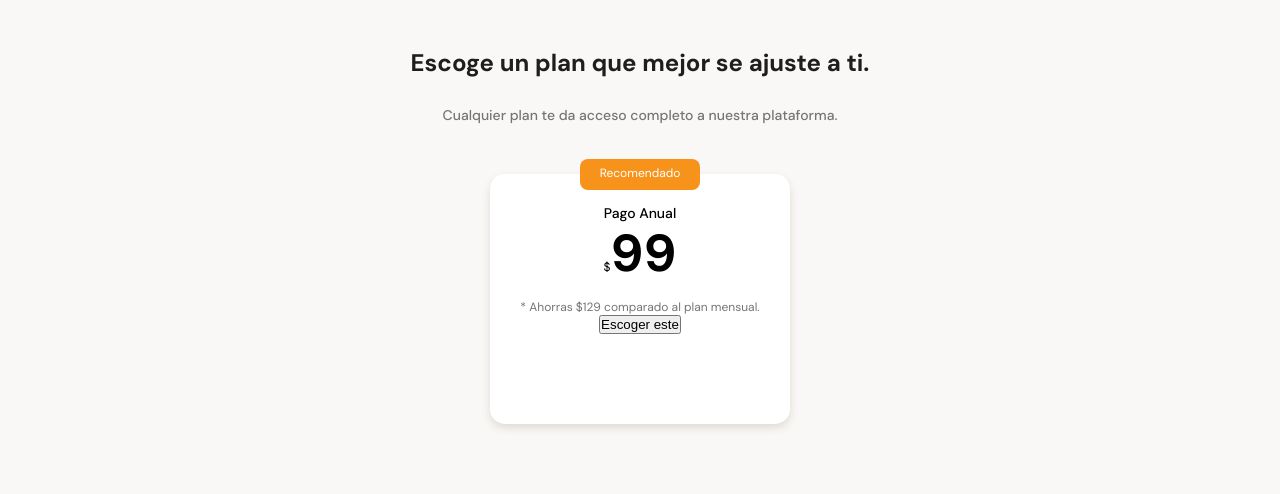
Repository: EnzoSz/Mobile-First
Page: index.html
The author's editor kept a copy of each file at every save. The page is drawn from the files as they stood at one save, then again after the next save.
The browser window is 1280 px wide. The pictures show the part of the page from y = 2782 to 3276 px (the page is 3276 px tall).

Above is the page before, as saved 2021-02-04 23:32:59.

### index.html
<!DOCTYPE html>
<html lang="en">
<head>
    <meta charset="UTF-8">
    <meta name="viewport" content="width=device-width, initial-scale=1.0">
    <title>Document</title>
    <link rel="preconnect" href="https://fonts.gstatic.com">
    <link href="https://fonts.googleapis.com/css2?family=DM+Sans:wght@400;500;700&family=Inter:wght@300;500&display=swap" rel="stylesheet">
    <link rel="stylesheet" href="./estilos.css">
</head>
<body>
    <header>
        <img src="./assets/img/logo.svg" alt="">
        <div class="header--title-container">
            <h1>La próxima revolución en el intercambio de criptomonedas.</h1>
            <p>Batabit te ayuda a navegar entre los diferentes precios y tendencias.</p>
            <a href="#plans" class="header--button">Conoce Nuestros Planes <span></span></a>
        </div>
    </header>
    <main>
        <section class="main-exchange-container">
            <div class="backgroundImg"></div>
            <div class="main.exchange-container--title">
                <h2>Visibilizamos todas las tasas de cambio.</h2>
                <p>
                    Traemos informacion en  tiempo real de las casas de cambio y las monedas más importante del mundo.

                </p>
            </div>
            <section class="main-tables-container">
                <div class="main-currency-table">
                    <p class="currency-table--title">Monedas</p>
                    <div class="currency-table--container">
                        <table>
                            <tr>
                                <td class="table__top-left">Bitcoin</td>
                                <td class="table__top-right table__right">$1.96 <span class="down"></span></td>
                            </tr>
                            <tr>
                                <td>Ethereum</td>
                                <td class="table__right">$0.07 <span class="up"></span></td>
                            </tr>
                            <tr>
                                <td>Ripple</td>
                                <td class="table__right">$2.15 <span class="down"></span></td>
                            </tr>
                            <tr>
                                <td class="table__bottom-left">Stellar</td>
                                <td class="table__bottom-right table__right">$4.96 <span class="down"></span></td>
                            </tr>
                        </table>
                    </div>
                    <div class="currency-table-date">
                        <p>
                            <b>Actualizado:</b> 19 de Julio 23:45
                        </p>
                    </div>
                </div>
                <div class="main-commissions-table">
                    <p class="commissions-table--title">Comisiones</p>
                    <div class="commissions-table--container">
                        <table>
                            <tr>
                                <td class="table__top-left">Bitrade</td>
                                <td class="table__top-right table__right">$12.96</td>
                            </tr>
                            <tr>
                                <td>Bitpreco</td>
                                <td class="table__right">$13.07</td>
                            </tr>
                            <tr>
                                <td>Novadax</td>
                                <td class="table__right">$13.15</td>
                            </tr>
                            <tr>
                                <td class="table__bottom-left">Coinext</td>
                                <td class="table__bottom-right table__right">$14.96</td>
                            </tr>
                        </table>
                    </div>
                    <div class="commissions-table-date">
                        <p>
                            <b>Actualizado:</b> 19 de Julio 23:48
                        </p>
                    </div>
                </div>
            </section>
        </section>
        <section class="main-product-detail">
            <span class="product-detail--batata-logo"></span>
            <div class="product-detail--title">
                <h2>
                    Creamos un producto sin comparación.
                </h2>
                <p>
                    Confiable y diseñado para su uso diario.
                </p>
            </div>
            <section class="product-cards--container">
                <article class="product-detail--card">
                    <span class="icon-card clock"></span>
                    <p class="product--card-title">Tiempo real</p>
                    <p class="product--card-body">
                        Nuestra API toma información minuto a minuto sobre las tasas que más determinan el comportamiento.
                    </p>
                </article>
                <article class="product-detail--card">
                    <span class="icon-card eye "></span>
                    <p class="product--card-title">No hay tasas escondidas</p>
                    <p class="product--card-body">
                        Ni en la compra o al momento de exit. Batabit siempre te muestra el costo real de lo que estas adquiriendo.
                    </p>
                </article>
                <article class="product-detail--card">
                    <span class="icon-card dollar "></span>
                    <p class="product--card-title">Compara monedas</p>
                    <p class="product--card-body">
                        No mas rumores, con Batabit sabrás el valor real de cada moneda en el mercado actual.
                    </p>
                </article>
                <article class="product-detail--card">
                    <span class="icon-card check "></span>
                    <p class="product--card-title">información confiable</p>
                    <p class="product--card-body">
                        Nuestras fuentes estan 100% verificadas y continuamos auditando su contenido mientras se actualizan.
                    </p>
                </article>
            </section>

        </section>
        <section class="bitcoin-img-container">
            <h2>Conócelo hoy.</h2>
        </section>
        <section id="plans" class="main-plans-container">
            <div class="plans--title">
                <h2>Escoge un plan que mejor se ajuste a ti.</h2>
                <p>Cualquier plan te da acceso completo a nuestra plataforma.</p>
            </div>
            <section class="plans-container--slider">
                <article class="plan-container--card">
                    <p class="recomendado">Recomendado</p>
                    <div class="plan-info-container">
                        <h3 class="plan-card--title">Pago Anual</h3>
                        <p class="plan-card--price"><span>$</span>99</p>
                        <p class="plan-card--saving">* Ahorras $129 comparado al plan mensual.</p>
                        <button class="plan-card--ca">Escoger este <span></span></button>
                    </div>
                </article>
                <article></article>
                <article></article>
            </section>
        </section>
    </main>
    <footer></footer>
</body>
</html>

### estilos.css
/*
1. Posicionamiento
2. Modelo de caja (Box model)
3. Tipografía
4. Visuales
5. Otros
*/
:root {
    /*Colores */
    --bitcoin-orange: #F7931A;
    --soft-orange: #FFE9D5;
    --secondary-blue: #1A9AF7;
    --soft-blue: #E7F5FF;
    --warm-black: #201E1C;
    --warm-black1: #282623;
    --grey: #BABABA;
    --off-white: #FAF8F7;
    --just-white: #FFFFFF;
}
* {
    box-sizing: border-box;
    margin: 0;
    padding: 0;
}
html {
    font-size: 62.5%;
    font-family: 'DM Sans', sans-serif;
}
header {
    position: relative;
    display: flex;
    flex-direction: column;
    justify-content: center;
    width: 100%;
    min-width: 32rem;
    height: 33.4rem;
    text-align: center;
    background: linear-gradient(207.8deg, #201E1C 16.69%, #F7931A 100%);;
}
header img {
    width: 15rem;
    height: 2.4rem;
    margin-top: 6.0rem;
    align-self:center;
}
.header--title-container {
    width: 90%;
    min-width: 28.8rem;
    max-width: 90rem;
    height: 21.8rem;
    margin-top: 4rem;
    text-align: center;
    align-self:center;

}
.header--title-container h1 {
    font-size: 2.4rem;
    font-weight: bold;
    line-height: 2.6rem;
    color: var(--just-white);
}
.header--title-container p {
    margin-top: 25px;
    font-size: 1.4rem;
    font-weight: 500;
    line-height: 1.8rem;
    color: var(--soft-orange);
}
.header--title-container .header--button {
    position: absolute;
    left: calc(50% - 118px);
    top: 270px;
    display: block;
    margin-top: 35px;
    padding: 15px;
    width: 229px;
    height: 48px;
    background-color: var(--off-white);
    /*Sombra*/
    box-shadow: 0px 4px 8px rgba(89, 73, 30, 0.16);
    border: none;
    border-radius: 5px;
    font-size: 1.4rem;
    font-weight: bold;
    text-decoration: none;
    color: var(--warm-black1);
}
.header--button span {
    display: inline-block;
    width: 13px;
    height: 8px;
    margin-left: 10px;
    background-image: url('./assets/icons/arrow-down.svg');
}
main {
    width: 100%;
    height: auto;
    background-color: var(--off-white);
}
.main-exchange-container {
    width: 100%;
    height: auto;
    padding-top: 80px;
    padding-bottom: 30px;
    text-align: center;
}
.main-exchange-container--title {
    width: 90%;
    min-width: 288px;
    max-width: 900px;
    margin: 0 auto;
}
.main-exchange-container .backgroundImg {
    width: 200px;
    height: 200px;
    margin: 0 auto;
    margin-bottom: 50px;
    background-image:url('./assets/img/bitcoin.svg');
    background-size: cover;
    background-position: center;
    background-repeat: no-repeat;
}
.main-exchange-container h2 {
    margin-bottom: 30px;
    font-size: 2.4rem;
    font-weight: bold;
    line-height: 2.6rem;
    color: var(--warm-black1);
}
.main-exchange-container p {
    margin-bottom: 30px;
    font-size: 1.4rem;
    font-weight: 500;
    line-height: 1.6rem;
    color: #757575;
}
.main-currency-table, .main-commissions-table {
    width: 70%;
    min-width: 235px;
    max-width: 500px;
    height: 360px;
    margin: 0 auto;
    font-family: "Inter", sans-serif;
}
.main-currency-table .currency-table--title {
    margin-bottom: 15px;
    font-size: 1.8rem;
    font-weight: bold;
    line-height: 2.3rem;
    color: var(--bitcoin-orange);
}
.currency-table--container, .commissions-table--container {
    width: 90%;
    min-width: 230px;
    max-width: 300px;
    height: 250px;
    margin: 0 auto;
}
.currency-table--container table, .commissions-table--container table {
    width: 100%;
    height: 100%;
}
.currency-table--container td, .commissions-table--container td {
    width: 50%;
    font-size: 1.6rem;
    font-weight: 500;
    line-height: 1.9rem;
    color: var(--grey);
    background-color: var(--just-white);
}
.currency-table--container .table__top-left, .commissions-table--container .table__top-left {
    border-radius: 15px 0 0 0;
}
.currency-table--container .table__top-right, .commissions-table--container .table__top-right {
    border-radius: 0 15px 0 0;
}
.currency-table--container .table__bottom-left, .commissions-table--container .table__bottom-left {
    border-radius: 0 0 0 15px;
}
.currency-table--container .table__bottom-right, .commissions-table--container .table__bottom-right {
    border-radius: 0 0 15px 0;
}
.currency-table--container .table__right, .commissions-table--container .table__right {
    font-size: 1.4rem;
    font-weight: normal;
    line-height: 1.7rem;
    color: #757575;
}
.currency-table--container .down {
    display: inline-block;
    width: 15px;
    height: 15px;
    margin-left: 10px;
    background-image: url('./assets/icons/trending-down.svg');
    background-size: cover;
    background-position: center;
    background-repeat: no-repeat;
}
.currency-table--container .up {
    display: inline-block;
    width: 15px;
    height: 15px;
    margin-left: 10px;
    background-image:url('./assets/icons/trending-up.svg');
    background-position: center;
    background-repeat:no-repeat;
}
.currency-table-date {
    width: 190px;
    height: 30px;
    margin: 0 auto;
    margin-top: 15px;
    padding: 8px;
    background-color: var(--soft-orange);
    border-radius: 8px;
}
.currency-table-date p {
    font-size: 1.2rem;
    line-height: 1.5rem;
    color: var(--warm-black);
}
.main-commissions-table .commissions-table--title {
    margin-bottom: 15px;
    font-size: 1.8rem;
    font-weight: bold;
    line-height: 2.3rem;
    color: var(--secondary-blue);
}
.commissions-table-date {
    width: 190px;
    height: 30px;
    margin: 0 auto;
    margin-top: 15px;
    padding: 8px;
    background-color: var(--soft-blue);
    border-radius: 8px;
}
.commissions-table-date p {
    font-size: 1.2rem;
    line-height: 1.5rem;
    color: var(--warm-black);
}
.main-product-detail {
    position: relative;
    width: 100%;
    min-width: 320px;
    height: auto;
    padding: 20px 10px;
    background-color: var(--warm-black);
}
.product-detail--batata-logo {
    position: absolute;
    width: 40px;
    height: 25px;
    top: -10px;
    left: calc(50% - 20px);
    background-image: url('./assets/icons/batata.svg');
}
.product-detail--title {
    width: 90%;
    min-width: 288px;
    height: auto;
    margin: 0 auto;
    margin-top: 50px;
    text-align: center;
}
.product-detail--title h2 {
    margin-bottom: 20px;
    font-size: 2.4rem;
    font-weight: bold;
    line-height: 2.6rem;
    color: var(--just-white);
}
.product-detail--title p {
    margin-bottom: 20px;
    font-size: 1.4rem;
    font-weight: 500;
    line-height: 1.8rem;
    color: #808080;
}
.product-detail--card {
    width: 90%;
    min-width: 288px;
    max-width: 400px;
    min-height: 150px;
    margin: 15px auto;
    padding: 15px;
    background-color:var(--warm-black1);
    border-radius: 5px;
    box-shadow: 0 4px 8px rgba(0, 0, 0, 0.16);
}
.product-detail--card .icon-card {
    display: inline-block;
    width: 20px;
    height: 20px;
    margin-bottom: 10px;
    background-size: cover;
    background-position: center;
    background-repeat: no-repeat;
}
.clock {
    background-image: url('./assets/icons/clock.svg');
}
.product--card-title {
    margin-bottom: 15px;
    font-size: 1.8rem;
    font-weight: bold;
    line-height: 1.8rem;
    color: var(--just-white);
}
.product--card-body {
    font-size: 1.4rem;
    font-weight: 500;
    line-height: 1.8rem;
    color: #808080;
}
.eye {
    background-image: url('./assets/icons/eye.svg');
}
.dollar {
    background-image: url('./assets/icons/dollar-sign.svg');
}
.check {
    background-image: url('./assets/icons/check-circle.svg');
}
.bitcoin-img-container {
    width: 100%;
    min-width: 320px;
    height: 60vh;
    background-image: url('./assets/img/bitcoinbaby1.jpg');
    background-position: center;
    background-size: cover;
    background-repeat: no-repeat;
    text-align: center;
}
.bitcoin-img-container h2 {
    padding-top: 30px;
    font-size: 2.4rem;
    font-weight: bold;
    line-height: 2.6rem;
    color: var(--just-white);
}
.main-plans-container {
    width: 100%;
    min-width: 320px;
    padding-bottom: 70px;
    text-align: center;

}
.plans--title {
    width: 90%;
    min-width: 288px;
    height: auto;
    margin: 0 auto;
    margin-bottom: 50px;
}
.plans--title h2 {
    padding-top: 50px;
    font-size: 2.4rem;
    font-weight: bold;
    line-height: 2.6rem;
    color: var(--warm-black);
}
.plans--title p {
    padding-top: 30px;
    font-size: 1.4rem;
    font-weight: 500;
    line-height: 1.8rem;
    color: #757575;
}
.plan-container--card {
    position: relative;
    width: 70%;
    min-width: 230px;
    max-width: 300px;
    height: 250px;
    margin: 50px auto 0;
    padding: 0 15px;
    background-color: var(--just-white);
    border-radius: 15px;
    box-shadow: 0 4px 8px rgba(89, 73,30, 0.16);
}
.recomendado {
    position: absolute;
    width: 120px;
    height: 31px;
    top: -15px;
    left: calc(50% - 60px);
    font-size: 1.2rem;
    background-color: var(--bitcoin-orange);
    border-radius: 8px;
    color: var(--just-white);
    padding: 6px;
}
.plan-card--title {
    padding-top: 30px;
    font-size: 1.4rem;
    font-weight: 500;
    line-height: 1.8rem;
    color: black;

}
.plan-card--price {
    padding: 5px 0;
    font-size: 5.2rem;
    font-weight: bold;
    line-height: 5.3rem;
    color: black;
}
.plan-card--price span {
    font-size: 1.2rem;
    font-weight: 300;
}
.plan-card--saving {
    font-size: 1.2rem;
    color: #757575;
}

After the next save:
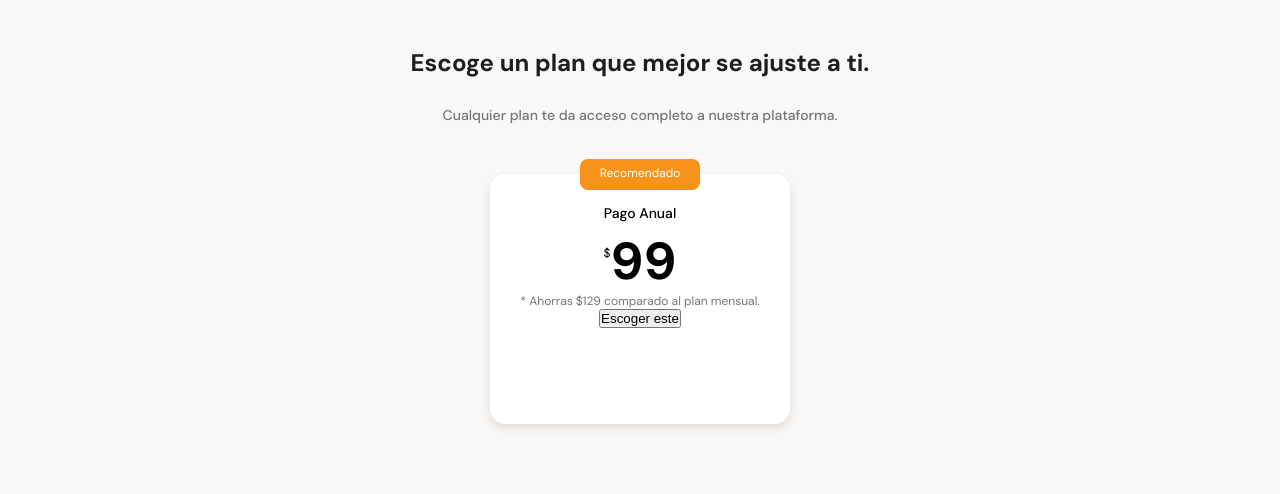
Saved 54 s later.
--- a/estilos.css
+++ b/estilos.css
@@ -410,6 +410,7 @@
 .plan-card--price span {
     font-size: 1.2rem;
     font-weight: 300;
+    vertical-align: text-top;
 }
 .plan-card--saving {
     font-size: 1.2rem;
